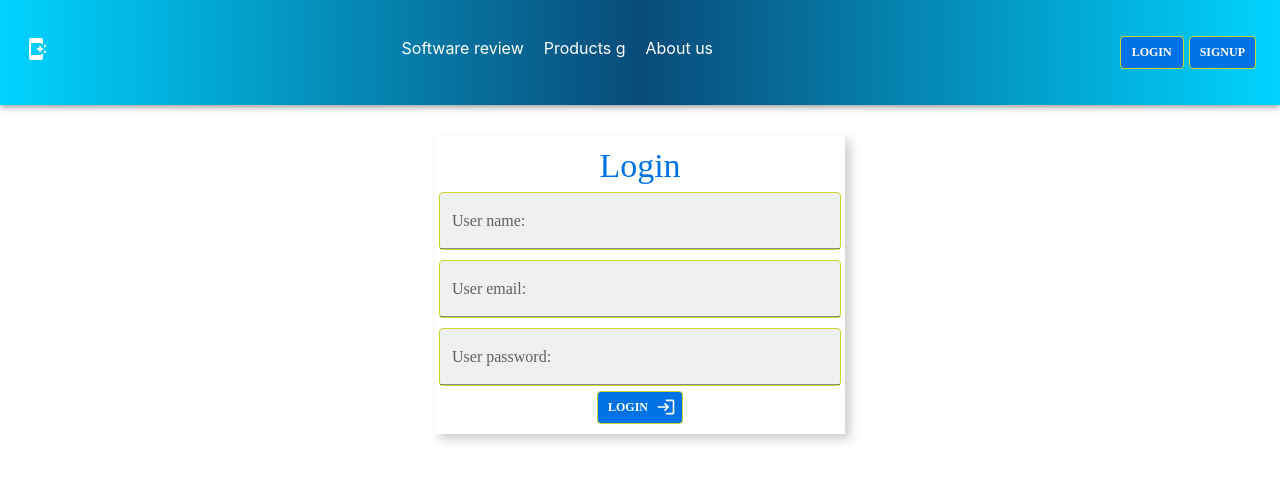
Repository: Alaa-M1/phoenix-products-reactjs-mui
Page: /login
These files come from the project's save history. The page is drawn as it stood at one moment and after the next save; the edit follows.
The browser window is 1280 px wide. The pictures show the whole page.
Some web fonts or font styles are not loaded; a fallback is used. The project was rebuilt for these pictures with package versions that can differ from the ones it lists, and the page was loaded fresh each time. Also part of the build but not shown: src/App.css, src/pages/SoftwareReview/index.tsx, src/pages/Products/index.tsx, src/pages/AboutUs/index.tsx, src/pages/Signup/index.tsx, src/pages/NotFound/index.tsx.

Above is the page before, as saved 2023-04-20 11:49:08.

After the next save:
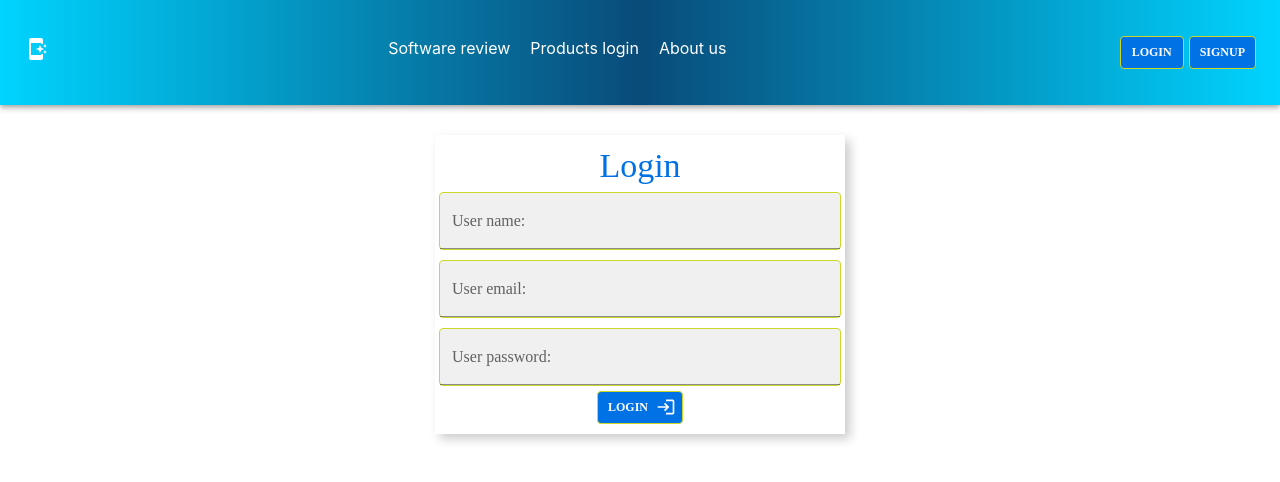
Saved 18 s later.
--- a/src/shared/linksDetails.ts
+++ b/src/shared/linksDetails.ts
@@ -2,6 +2,6 @@ import { LinkInfo } from "types";
 
 export const linksDetails: Array<LinkInfo> = [
     { label: "Software review", path: "/" },
-    { label: "Products g", path: "/products" },
+    { label: "Products login", path: "/products" },
     { label: "About us", path: "/about-us" },
   ];
